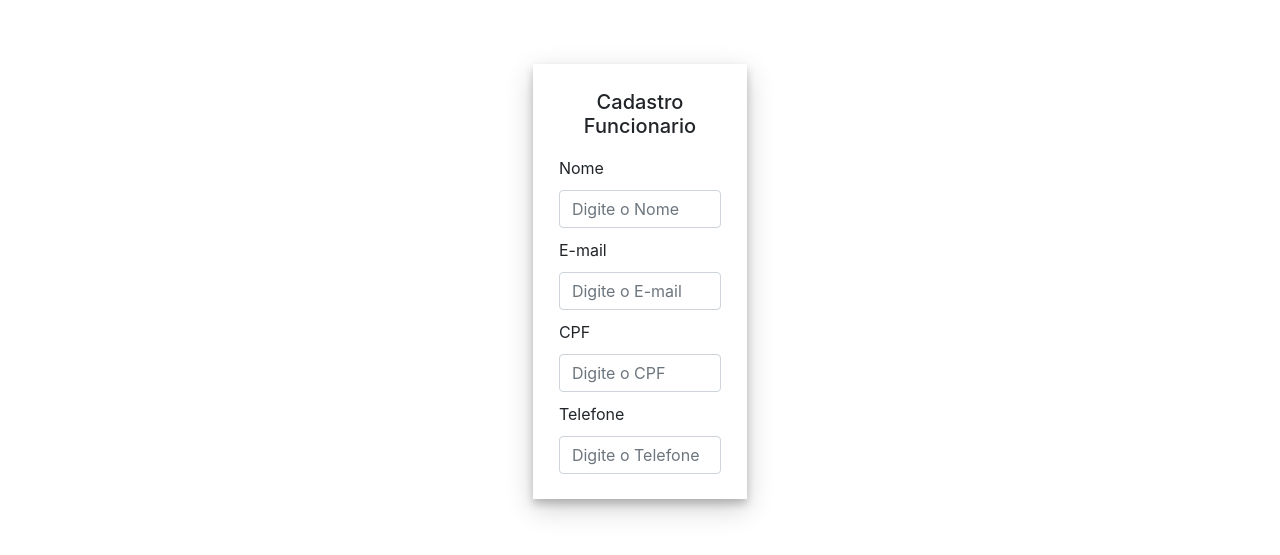
Repository: gabrielfeliphe/AssistenciaTecnica
Page: PI-AssistenciaTecnica/WebContent/pages/recepcao/funcao/cadastro_cliente.html
The author's editor kept a copy of each file at every save. The page is drawn from the files as they stood at one save, then again after the next save.
The browser window is 1280 px wide. The pictures show the whole page.
Some web libraries are served in a nearby version.

Above is the page before, as saved 2021-10-14 22:09:43.
Console error: TypeError: Cannot read properties of undefined (reading 'fn')

After the next save:
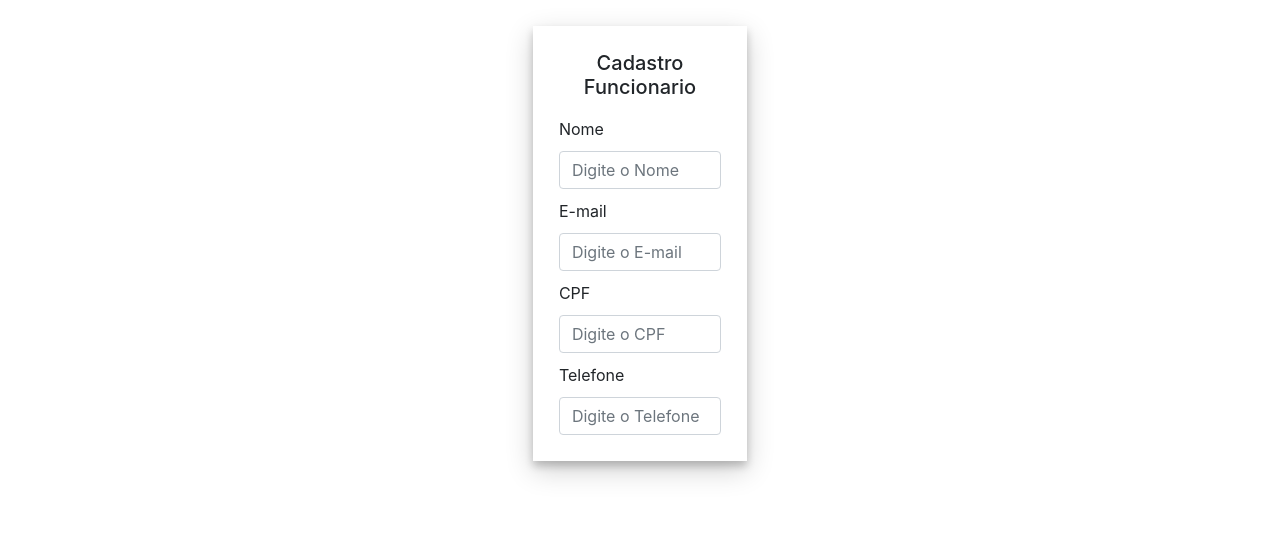
Saved 39 s later.
--- a/PI-AssistenciaTecnica/WebContent/pages/recepcao/funcao/cadastro_cliente.html
+++ b/PI-AssistenciaTecnica/WebContent/pages/recepcao/funcao/cadastro_cliente.html
@@ -7,7 +7,7 @@
 <link rel="stylesheet" href="https://stackpath.bootstrapcdn.com/bootstrap/4.1.3/css/bootstrap.min.css" integrity="sha384-MCw98/SFnGE8fJT3GXwEOngsV7Zt27NXFoaoApmYm81iuXoPkFOJwJ8ERdknLPMO" crossorigin="anonymous">
 <script src="https://stackpath.bootstrapcdn.com/bootstrap/4.1.3/js/bootstrap.min.js" integrity="sha384-ChfqqxuZUCnJSK3+MXmPNIyE6ZbWh2IMqE241rYiqJxyMiZ6OW/JmZQ5stwEULTy" crossorigin="anonymous"></script>
 <link rel="stylesheet" href="https://cdn.jsdelivr.net/npm/bootstrap-icons@1.3.0/font/bootstrap-icons.css" />
-<link rel= "stylesheet" type = "text/css" href="../../../css/admin.css">
+<link rel= "stylesheet" type = "text/css" href="../../../css/recepcao.css">
 
 </head>
 <body>
